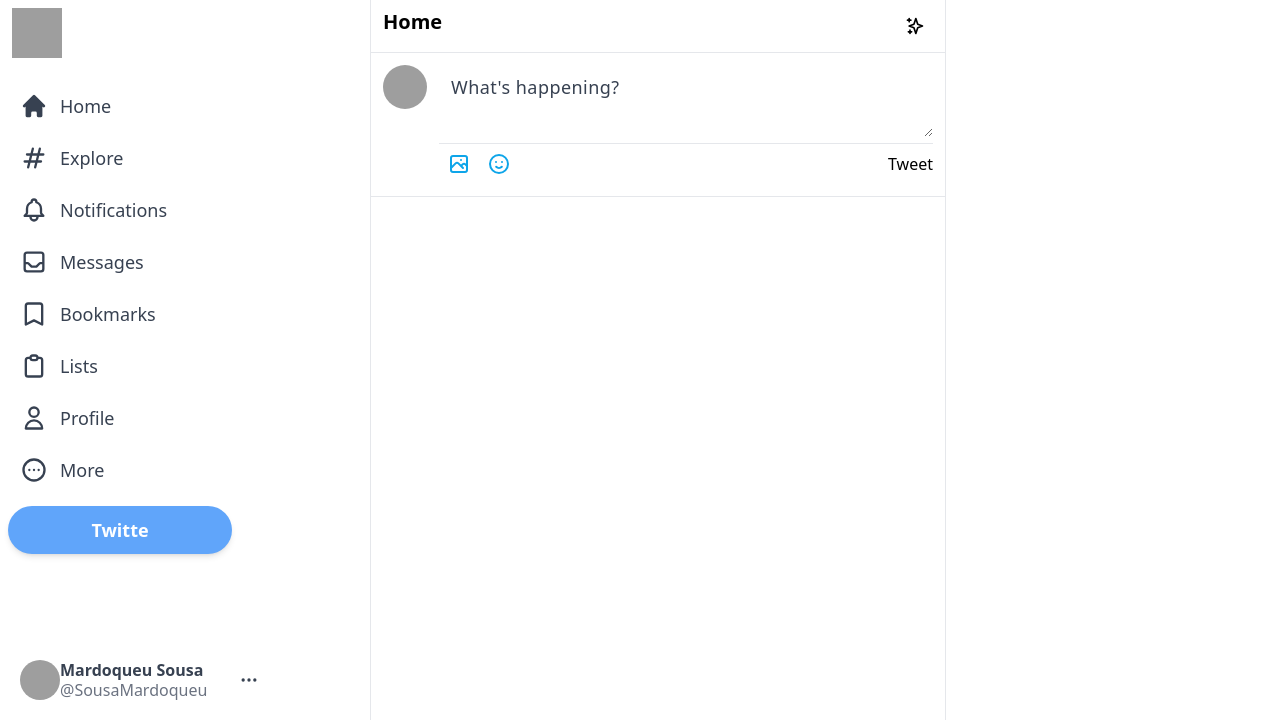
Repository: Mardoqueu/twitter
Page: /
An editor plug-in stored every save of this project. The page is shown before and after the next save, followed by the edit.
The browser window is 1280 px wide. The pictures show the whole page.
Pictures or frames that could not be fetched are drawn as grey boxes. The project was rebuilt for these pictures with package versions that can differ from the ones it lists, and the page was loaded fresh each time. The framework's server and built-in components were replaced by stand-ins that run in the browser. Also part of the build but not shown: next.config.js.

Above is the page before, as saved 2022-09-02 08:18:32.

### pages/index.js
import Head from "next/head";
import Sidebar from '../components/Sidebar';
import Feed from '../components/Feed';


export default function Home() {
  return (
    <div >
      <Head>
        <title>Twitter Clone</title>
        <meta name="description" content="Generated by create next app" />
        <link rel="icon" href="/favicon.ico" />
      </Head>

    <main className='flex min-h-screen max-w-7xl mx-auto '>
      {/* Sidebar */}
      <Sidebar />

      {/* Feed */}
      <Feed/>
      {/* Widgets */}

      {/* Modal */}

    </main>


    </div>
  )
}

### styles/globals.css
@tailwind base;
@tailwind components;
@tailwind utilities;

@layer components{
    .hoverEffect {
        @apply cursor-pointer hover:bg-gray-200 rounded-full w-[52px] xl:w-auto h-[52px] xl:h-auto xl:p-3
    }
}

### components/Sidebar.js
import Image from "next/image"
import SidebarMenuItem from "./SidebarMenuItem"
import { HomeIcon } from '@heroicons/react/solid'
import { BellIcon, BookmarkIcon, ClipboardIcon, DotsCircleHorizontalIcon, DotsHorizontalIcon, HashtagIcon, InboxIcon, UserIcon } from '@heroicons/react/outline'

export default function Sidebar() {
  return (
    <div className="hidden sm:flex flex-col p-2 xl:items-start fixed h-full">
        {/* Twitter logo */}
        <div className="hoverEffect p-0 hover:bg-blue-100 xl:px-1">
            <Image
            width="50"
            height="50"
            src="https://help.twitter.com/content/dam/help-twitter/brand/logo.png"></Image>
        </div>

        {/* Menu */}

        <div className="mt-4 mb-2.5 xl:items-start">
        <SidebarMenuItem text="Home" Icon={HomeIcon} active/>
        <SidebarMenuItem text="Explore" Icon={HashtagIcon} />
        <SidebarMenuItem text="Notifications" Icon={BellIcon} />
        <SidebarMenuItem text="Messages" Icon={InboxIcon} />
        <SidebarMenuItem text="Bookmarks" Icon={BookmarkIcon} />
        <SidebarMenuItem text="Lists" Icon={ClipboardIcon} />
        <SidebarMenuItem text="Profile" Icon={UserIcon} />
        <SidebarMenuItem text="More" Icon={DotsCircleHorizontalIcon} />
      </div>

        {/* Button */}

        <button className="bg-blue-400 text-white rounded-full w-56 h-12 font-bold shadow-md hover:brightness-95 text-lg hidden xl:inline">Twitte</button>

        {/* Mini-profile */}
        <div className="hoverEffect text-gray-700 flex items-center justify-center xl:justify-start mt-auto">
            <img
            src="https://media-exp1.licdn.com/dms/image/C4E03AQF1Icbg9ibKSQ/profile-displayphoto-shrink_800_800/0/1656524327808?e=1667433600&v=beta&t=zLj1VuO7UnlyGXgtGnCIGGm6Xel0rldXOa9ES50GV3c"
            alt="user-img"
            className="h-10 w-10 rounded-full"/>
            <div className="leading-5 hidden xl:inline">
                <h4 className="font-bold">Mardoqueu Sousa</h4>
                <p className="text-gray-500">@SousaMardoqueu</p>
            </div>
            <DotsHorizontalIcon className="h-5 xl:ml-8"/>
        </div>
    </div>
  )
}

### components/Feed.js
import { SparklesIcon } from '@heroicons/react/outline'
import Input from '../components/Input';


export default function Feed() {
  return (
    <div className="xl:ml-[370px] border-l border-r border-gray-200 border-gray-200  xl:min-w-[576px] sm:ml-[73px] flex-grow max-w-xl">
       {/* div is covering the header section taht has an edge to tag  */}
        <div className='flex py-2 px-3 sticky top-0 z-50 bg-white border-b border-gray-200'>
              <h2 className="text-lg sm:text-xl font-bold cursor-pointer">Home</h2>
              <div className='hoverEffect flex items-center justify-center px-0 ml-auto w-9 h-9'>
                    <SparklesIcon className='h-5'/>
              </div>
        </div>
        <Input/>
    </div>
  )
}

### components/SidebarMenuItem.js
import React from 'react'

export default function SidebarMenuItem({text, Icon}) {
  return (
    <div className="hoverEffect flex items-center text-gray-700 justify-center xl:justify-start text-lg space-x-3">
      <Icon className="h-7" />
      <span className={'${active && "font-bold"} hidden xl:inline'}>{text}</span>

    </div>
  )
}

### components/Input.js
import { EmojiHappyIcon, PhotographIcon } from "@heroicons/react/outline";

export default function Input() {
  return (
    <div className="flex border-b border-gray-200 p-3 space-x-3">
        <img src="https://media-exp1.licdn.com/dms/image/C4E03AQF1Icbg9ibKSQ/profile-displayphoto-shrink_800_800/0/1656524327808?e=1667433600&v=beta&t=zLj1VuO7UnlyGXgtGnCIGGm6Xel0rldXOa9ES50GV3c"
        alt="user-img"
        className="h-11 w-11 rounded-full cursor-pointer hover:brightness-95"/>
        <div className="w-full divide-y divide-gray-200">
            <div className="">
                <textarea className="w-full border-none focus:ring-0 text-lg placeholder-gray-700 tracking-wide mini-h-[50px] text-gray-700"  rows="2" placeholder="What's happening?"></textarea>
            </div>
            <div className="flex items-center justify-between">
                <div className=" flex">
                    <PhotographIcon className="h-10 w-10 hoverEffect p-2 text-sky-500 hover:bg-sky-500"/>
                    <EmojiHappyIcon className="h-10 w-10 hoverEffect p-2 text-sky-500 hover:bg-sky-500"/>
                </div>
            <button>Tweet</button>
            </div>
        </div>
    </div>
  )
}

### tailwind.config.js
/** @type {import('tailwindcss').Config} */
module.exports = {
  content: [
    "./pages/**/*.{js,ts,jsx,tsx}",
    "./components/**/*.{js,ts,jsx,tsx}",
  ],
  theme: {
    extend: {},
  },
  plugins: [require('@tailwindcss/forms')],
}

Loaded but not shown: pages/_app.js (common file)

After the next save:
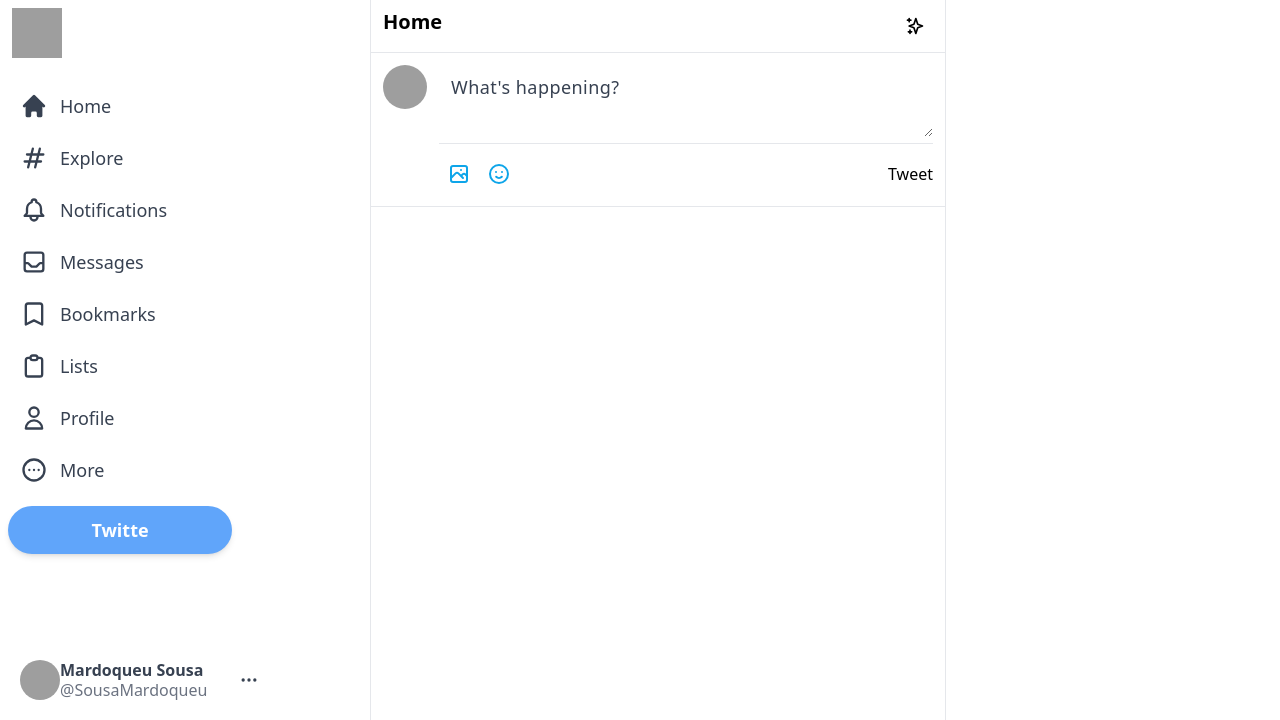
Saved 9 s later.
--- a/components/Input.js
+++ b/components/Input.js
@@ -10,7 +10,7 @@
             <div className="">
                 <textarea className="w-full border-none focus:ring-0 text-lg placeholder-gray-700 tracking-wide mini-h-[50px] text-gray-700"  rows="2" placeholder="What's happening?"></textarea>
             </div>
-            <div className="flex items-center justify-between">
+            <div className="flex items-center justify-between pt-2.5">
                 <div className=" flex">
                     <PhotographIcon className="h-10 w-10 hoverEffect p-2 text-sky-500 hover:bg-sky-500"/>
                     <EmojiHappyIcon className="h-10 w-10 hoverEffect p-2 text-sky-500 hover:bg-sky-500"/>
